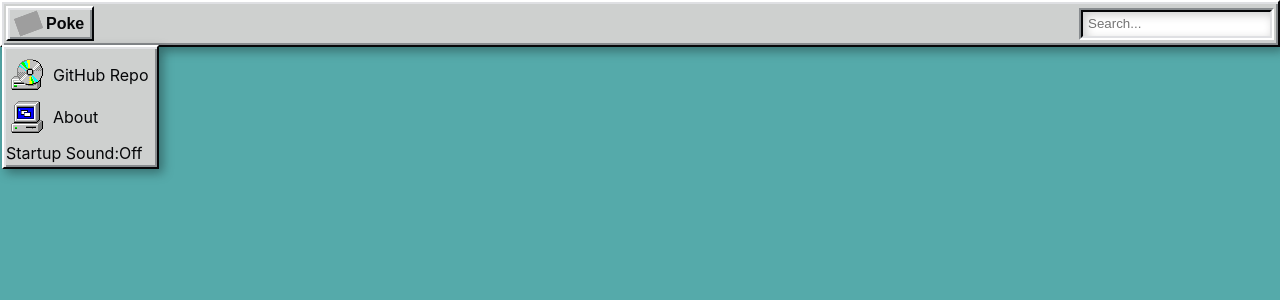
Repository: VolodymyrDubnytskyi/Pokemons
Page: /
An editor plug-in stored every save of this project. The page is shown before and after the next save, followed by the edit.
The browser window is 1280 px wide. The pictures show the whole page.
Pictures or frames that could not be fetched are drawn as grey boxes. The page's requests for data from a server got no answer. The project was rebuilt for these pictures with package versions that can differ from the ones it lists, and the page was loaded fresh each time. No one was signed in, and anything a server would have sent is missing. Also part of the build but not shown: src/Components/PopUpComponents/BasicInfo.js, src/Components/PopUpComponents/Stats.js, src/Components/PopUpComponents/Abilities.js, src/Components/PopUp.js.

Above is the page before, as saved 2020-06-11 14:59:54.

### src/App.js
import React from 'react';
import './App.css';
import Home from './Components/Home';

function App() {
  return (
    <Home />
  );
}

export default App;

### src/App.css
:root {
  --menu-bg-color: rgb(206, 208, 207);
  --main-color: rgb(5, 6, 8);
  --box-shadow-main: rgba(0, 0, 0, 0.35) 4px 4px 10px 0px, rgb(223, 224, 227) 1px 1px 0px 1px inset,
    rgb(136, 140, 143) -1px -1px 0px 1px inset;
  --box-shadow-btn: rgb(223, 224, 227) 1px 1px 0px 1px inset, rgb(136, 140, 143) -1px -1px 0px 1px inset;
}
* {
  box-sizing: border-box;
  margin: 0;
  padding: 0;
}
.main-bg {
  min-height: 100vh;
  width: 100%;
  padding-top: 35px;
  background-color: #55aaaa;
}
.content-box {
  max-width: 1380px;
  margin: auto;
  display: grid;
  grid-template-columns: repeat(6, 140px);
  justify-content: center;
}
.pokemon-container {
  height: 140px;
  display: flex;
  justify-content: center;
  align-items: center;
  flex-direction: column;
}
.pokemon-name {
  color: rgb(255, 255, 255);
  user-select: none;
  padding: 2px;
  text-decoration: underline;
}
/* header navbar */
.header-container {
  border-left-color: rgb(255, 255, 255);
  border-top-color: rgb(255, 255, 255);
  border-right-color: var(--main-color);
  border-bottom-color: var(--main-color);
  box-shadow: rgba(0, 0, 0, 0.35) 4px 4px 10px 0px, rgb(223, 224, 227) 1px 1px 0px 1px inset,
    rgb(136, 140, 143) -1px -1px 0px 1px inset;
  box-sizing: border-box;
  background-color: var(--menu-bg-color);
  color: var(--main-color);
  position: fixed;
  top: 0;
  right: 0;
  left: 0;
  padding: 4px;
  display: flex;
  flex-direction: column;
  width: 100%;
  border-style: solid;
  border-width: 2px;
}
.navbar-container {
  display: flex;
  justify-content: space-between;
  align-items: center;
}
.nav-menu-btn {
  box-sizing: border-box;
  background-color: var(--menu-bg-color);
  color: var(--main-color);
  border-left-color: rgb(255, 255, 255);
  border-top-color: rgb(255, 255, 255);
  border-right-color: var(--main-color);
  border-bottom-color: var(--main-color);
  box-shadow: var(--box-shadow-btn);
  position: relative;
  display: inline-flex;
  -webkit-box-align: center;
  align-items: center;
  -webkit-box-pack: center;
  justify-content: center;
  height: 35px;
  width: auto;
  font-size: 16px;
  border-style: solid;
  border-width: 2px;
  padding: 0px 0.5rem;
  font-weight: 600;
}
.windows-logo {
  transform: rotate(-20deg);
  margin-right: 5px;
  width: 25px;
}
/* input */
.input-container {
  position: relative;
  box-sizing: border-box;
  border-left-color: rgb(136, 140, 143);
  border-top-color: rgb(136, 140, 143);
  border-right-color: rgb(255, 255, 255);
  border-bottom-color: rgb(255, 255, 255);
  padding: 2px;
  border-style: solid;
  border-width: 2px;
  height: 32px;
}
.input-container::before {
  position: absolute;
  left: 0px;
  top: 0px;
  z-index: 1;
  content: "";
  width: calc(100% - 4px);
  height: calc(100% - 4px);
  border-left-color: var(--main-color);
  border-top-color: var(--main-color);
  border-right-color: rgb(223, 224, 227);
  border-bottom-color: rgb(223, 224, 227);
  pointer-events: none;
  box-shadow: rgba(0, 0, 0, 0.2) 3px 3px 10px inset;
  border-style: solid;
  border-width: 2px;
}
.search-input {
  outline: none;
  width: 100%;
  height: 100%;
  padding: 0 5px;
  border: none;
}
/* pop Up */
.pop-up-detail-bg {
  position: fixed;
  top: 50%;
  left: 50%;
  transform: translate(-50%, -50%);
  min-height: 400px;
  width: 600px;
  padding: 2px;
  border: 2px solid;
  border-left-color: rgb(255, 255, 255);
  border-top-color: rgb(255, 255, 255);
  border-right-color: var(--main-color);
  border-bottom-color: var(--main-color);
  box-shadow: var(--box-shadow-main);
  box-sizing: border-box;
  display: inline-block;
  background-color: var(--menu-bg-color);
  color: var(--main-color);
}
.pop-up-detail-header {
  height: 33px;
  display: flex;
  align-items: center;
  justify-content: space-between;
  margin: 0 2px 4px 0;
  font-weight: bold;
  color: rgb(255, 255, 255);
  padding: 0px 0.5rem;
  background: linear-gradient(to right, rgb(0, 0, 128), rgb(16, 52, 166));
}
.close-btn {
  position: relative;
  display: flex;
  align-items: center;
  justify-content: center;
  height: 27px;
  width: 27px;
  font-size: 16px;
  padding: 0px;
  margin-right: -6px;
  margin-top: 1px;
  outline: none;
  background-color: var(--menu-bg-color);
  color: var(--main-color);
  border: 2px solid;
  border-left-color: rgb(255, 255, 255);
  border-top-color: rgb(255, 255, 255);
  border-right-color: rgb(5, 6, 8);
  border-bottom-color: rgb(5, 6, 8);
  box-shadow: var(--box-shadow-btn);
  font-weight: bold;
}
.exit-link-container {
  display: flex;
  align-items: center;
  padding: 4px;
}
.disabled-text-btn,
.active-text-btn {
  padding: 0 0.5rem;
  display: inline-flex;
  -webkit-box-align: center;
  align-items: center;
  -webkit-box-pack: center;
  justify-content: center;
  height: 27px;
  font-size: 16px;
  background-color: transparent;
  border: 2px solid transparent;
  font-weight: 500;
}
.disabled-text-btn {
  color: rgb(136, 140, 143);
  text-shadow: rgb(255, 255, 255) 1px 1px;
}
.active-text-btn {
}
.pokemon-detail {
  width: 80%;
  height: 270px;
  margin: 20px auto auto auto;
}
.pokemon-detail-menu {
  display: flex;
  align-items: center;
}
.pokemon-detail-content {
  background-color: var(--menu-bg-color);
  color: var(--main-color);
  border-left-color: rgb(255, 255, 255);
  border-top-color: rgb(255, 255, 255);
  border-right-color: var(--main-color);
  border-bottom-color: var(--main-color);
  box-shadow: rgb(223, 224, 227) 1px 1px 0px 1px inset, rgb(136, 140, 143) -1px -1px 0px 1px inset;
  position: relative;
  display: flex;
  align-items: center;
  height: 90%;
  border-style: solid;
  border-width: 2px;
  padding: calc(1.5rem) 1rem 1rem;
}
.pokemon-detail-menu {
  height: 10%;
}
.pokemon-detail-menu-item {
  box-sizing: border-box;
  display: inline-block;
  background-color: rgb(206, 208, 207);
  border-left-color: rgb(255, 255, 255);
  border-top-color: rgb(255, 255, 255);
  border-right-color: rgb(5, 6, 8);
  box-shadow: rgb(223, 224, 227) 1px 1px 0px 1px inset, rgb(136, 140, 143) -1px -1px 0px 1px inset;
  position: relative;
  height: 35px;
  line-height: 35px;
  border-top-left-radius: 5px;
  border-top-right-radius: 5px;
  margin-bottom: -2px;
  cursor: default;
  color: rgb(5, 6, 8);
  border-style: solid solid none;
  border-width: 2px 2px 2px;
  padding: 0px 0.5rem;
  border-bottom: none;
}
.pokemon-detail-menu-active-item {
  background-color: rgb(206, 208, 207);
  border-left-color: rgb(255, 255, 255);
  border-top-color: rgb(255, 255, 255);
  border-right-color: rgb(5, 6, 8);
  box-shadow: rgb(223, 224, 227) 1px 0px 0px 0px inset, rgb(136, 140, 143) -1px 0px 0px 0px inset;
  position: relative;
  line-height: 35px;
  border-top-left-radius: 5px;
  border-top-right-radius: 5px;
  cursor: default;
  color: rgb(5, 6, 8);
  z-index: 1;
  height: calc(39px);
  border-style: solid solid none;
  border-width: 2px 2px 2px;
  border-bottom: none;
  padding: 0px calc(0.5rem + 8px);
  margin-bottom: 4px;
}
.pokemon-detail-img-container {
  width: 40%;
  height: 100%;
  display: flex;
  justify-content: center;
  align-items: center;
}
.pokemon-detail-description-box {
  width: 60%;
  height: 100%;
  display: flex;
  flex-direction: column;
}
.pokemon-detail-img {
  width: 85%;
  height: 85%;
}
.pokemon-detail-type-of-pokemon {
  background: rgb(75, 144, 214);
  color: rgb(255, 255, 255);
  padding: 4px;
  max-width: 81px;
  display: flex;
  justify-content: center;
  align-items: center;
}
.stats-container {
  background-color: rgb(206, 208, 207);
  color: rgb(5, 6, 8);
  border-left-color: rgb(255, 255, 255);
  border-top-color: rgb(255, 255, 255);
  border-right-color: rgb(5, 6, 8);
  border-bottom-color: rgb(5, 6, 8);
  box-shadow: rgb(223, 224, 227) 1px 1px 0px 1px inset, rgb(136, 140, 143) -1px -1px 0px 1px inset;
  border-style: solid;
  border-width: 2px;
  padding: calc(1.5rem) 1rem 1rem;
}
.stats-content-container {
  position: relative;
  border: 2px solid;
  border-left-color: rgb(136, 140, 143);
  border-top-color: rgb(136, 140, 143);
  border-right-color: rgb(255, 255, 255);
  border-bottom-color: rgb(255, 255, 255);
  background-color: #fff;
  height: 100%;
}
.stats-content-container::before {
  position: absolute;
  left: 0px;
  top: 0px;
  z-index: 1;
  content: "";
  width: calc(100% - 4px);
  height: calc(100% - 4px);
  border-left-color: rgb(5, 6, 8);
  border-top-color: rgb(5, 6, 8);
  border-right-color: rgb(223, 224, 227);
  border-bottom-color: rgb(223, 224, 227);
  pointer-events: none;
  box-shadow: rgba(0, 0, 0, 0.2) 3px 3px 10px inset;
  border-style: solid;
  border-width: 2px;
  display: flex;
  flex-direction: column;
  justify-content: center;
  align-items: center;
}
.stats-table-heading,
.stats {
  display: flex;
  justify-content: space-between;
  align-items: center;
}
.stats {
  padding: 0 10px;
  margin: 6px 0;
}
.stats-table-heading div,
.stats-table-heading span {
  border-right-color: rgb(5, 6, 8);
  border-bottom-color: rgb(5, 6, 8);
  box-shadow: rgb(223, 224, 227) 1px 1px 0px 1px inset, rgb(136, 140, 143) -1px -1px 0px 1px inset;
  display: inline-block;
  vertical-align: inherit;
  cursor: default;
  border-style: none solid solid none;
  border-width: 2px 2px;
  padding: 0px 0.5rem;
  background: rgb(206, 208, 207);
  border-left: none;
  border-top: none;
}
.stats-table-colum-lg {
  width: 80%;
}
.stats-table-column-sm {
  width: 20%;
}
.active-btn {
  box-sizing: border-box;
  background-color: rgb(206, 208, 207);
  color: rgb(5, 6, 8);
  border-left-color: rgb(5, 6, 8);
  border-top-color: rgb(5, 6, 8);
  border-right-color: rgb(255, 255, 255);
  border-bottom-color: rgb(255, 255, 255);
  box-shadow: rgb(136, 140, 143) 1px 1px 0px 1px inset, rgb(223, 224, 227) -1px -1px 0px 1px inset;
  background-image: url(data:[embedded picture, 142 characters]);
  position: relative;
  display: inline-flex;
  -webkit-box-align: center;
  align-items: center;
  -webkit-box-pack: center;
  justify-content: center;
  height: 35px;
  width: auto;
  font-size: 16px;
  border-style: solid;
  border-width: 2px;
  padding: 2px 0.5rem 0px;
}
button {
  -webkit-tap-highlight-color: rgba(0, 0, 0, 0);
  outline: none;
}
/* nav menu */
.nav-menu-container {
  width: auto;
  border-left-color: rgb(255, 255, 255);
  border-top-color: rgb(255, 255, 255);
  border-right-color: rgb(5, 6, 8);
  border-bottom-color: rgb(5, 6, 8);
  box-shadow: rgba(0, 0, 0, 0.35) 4px 4px 10px 0px, rgb(223, 224, 227) 1px 1px 0px 1px inset,
    rgb(136, 140, 143) -1px -1px 0px 1px inset;
  box-sizing: border-box;
  display: inline-block;
  background-color: rgb(206, 208, 207);
  color: rgb(5, 6, 8);
  position: absolute;
  bottom: 0px;
  left: 0px;
  transform: translate(0px, 100%);
  padding: 2px 4px 4px 2px;
  border-style: solid;
  border-width: 2px;
  list-style: none;
}
.menu-item {
  display: flex;
  align-items: center;
  margin:10px 5px;
}
.menu-icons {
  margin-right: 10px;
}

### src/Components/Home.js
import React from 'react';
import { Component } from 'react';
import Header from './Header';
import PopUpPokemonDetail from './PopUp';

class Home extends Component {
    state = {
        collectionsOfUrl: '',
        pokemonsDetail: [],
        clickedPokemonDetail: '',
        activePopUp: false
    }
    componentDidMount() {
        fetch('https://pokeapi.co/api/v2/pokemon/?offset=0&limit=150')
            .then(res => res.json())
            .then((data => {
                this.setState({
                    collectionsOfUrl: data.results
                }, () => {
                    this.getPokemonsData();
                })
            }))
    }
    getPokemonsData = e => {
        this.state.collectionsOfUrl.map((item) => {
            fetch(item.url)
                .then(res => res.json())
                .then((result) => {
                    this.setState({
                        pokemonsDetail: [...this.state.pokemonsDetail, result].sort((a, b) => a.id - b.id),
                        pokemonDetailDefault: this.state.pokemonsDetail
                    })
                })
        })
    }
    getPokemonSpecies = pokemon => {
        fetch(pokemon.species.url)
            .then((res => res.json()))
            .then((data => this.setState({ pokemonSpecies: data })))
    }

    checkPokemonDetail = pokemon => {
        this.setState({
            clickedPokemonDetail: pokemon,
            activePopUp: true
        })
        this.getPokemonSpecies(pokemon)
    }
    closePopUp = e => this.setState({ activePopUp: false })
    filterPokemons = serchWord => {
        this.setState({
            pokemonsDetail: this.state.pokemonDetailDefault.filter((item) => item.name.includes(serchWord))
        })
    }
    render() {
        console.log(this.state.clickedPokemonDetail);
        return (
            <section className={'main-bg'}>
                <Header
                    filterPokemons={this.filterPokemons} />
                {this.state.activePopUp &&
                    <PopUpPokemonDetail
                        pokemon={this.state.clickedPokemonDetail}
                        activePopUp={this.state.activePopUp}
                        pokemonSpecies={this.state.pokemonSpecies}
                        closePopUp={this.closePopUp} />}
                <div className={'content-box'}>
                    {this.state.pokemonsDetail.map((item, i) => {
                        return (
                            <div
                                className={'pokemon-container'}
                                // onClick={}
                                onDoubleClick={() => this.checkPokemonDetail(item)}
                                key={i}
                            >
                                <img src={item.sprites.front_default} alt="pokemon-image" />
                                <h3 className={'pokemon-name'}>{item.name.charAt(0).toUpperCase() + item.name.slice(1)}</h3>
                            </div>
                        );
                    })}
                </div>
            </section>
        );
    }
}
export default Home;

### src/Components/Header.js
import React, { Component } from 'react';
import Menu from './HeaderComponents/Menu';

class Header extends Component {
    state = {
        searchPoki: '',
        activeMenu: false
    }
    setInputValue = e => {
        this.setState({
            searchPoki: e.target.value
        }, () => {
            this.props.filterPokemons(this.state.searchPoki)
        })
    }
    showMenu = e => {
        this.setState({
            activeMenu: !this.state.showMenu
        })
    }
    render() {
        return (
            <header className={'header-container'}>
                <nav className={'navbar-container'}>
                    <button className={`nav-menu-btn ${this.state.activeMenu && 'active-btn'}`} onClick={this.showMenu}>
                        <img
                            src="https://upload.wikimedia.org/wikipedia/commons/thumb/1/1e/Windows_Logo_1995.svg/32px-Windows_Logo_1995.svg.png" alt="windows"
                            className={'windows-logo'} />
                        Poke
                    </button>
                    <Menu/>
                    <div className={'input-container'}>
                        <input
                            className={'search-input'}
                            type='text'
                            placeholder='Search...'
                            value={this.state.searchPoki}
                            onChange={this.setInputValue} />
                    </div>
                </nav>
            </header>
        );
    }
}

export default Header;

### src/Components/HeaderComponents/Menu.js
import React from 'react';
import { imgDvd, imgPc } from '../../assets/imgDvd';
let dvdImg = ''

const Menu = props => {
    return (
        <div className={'nav-menu-container'}>
            <ul>
                <li className={'menu-item'}>
                    <img src={imgDvd} alt="window-95-dvd"  className={'menu-icons'}/>
                 GitHub Repo
                 </li>
                <li className={'menu-item'}>
                    <img src={imgPc} alt="window-95-computre" className={'menu-icons'} />
                 About
                 </li>
                <li>Startup Sound:Off</li>
            </ul>
        </div>
    )
}
export default Menu;

Loaded but not shown: public/index.html (common file); src/index.js (common file); src/index.css (common file); src/serviceWorker.js (common file); src/assets/imgDvd.js (library)

After the next save:
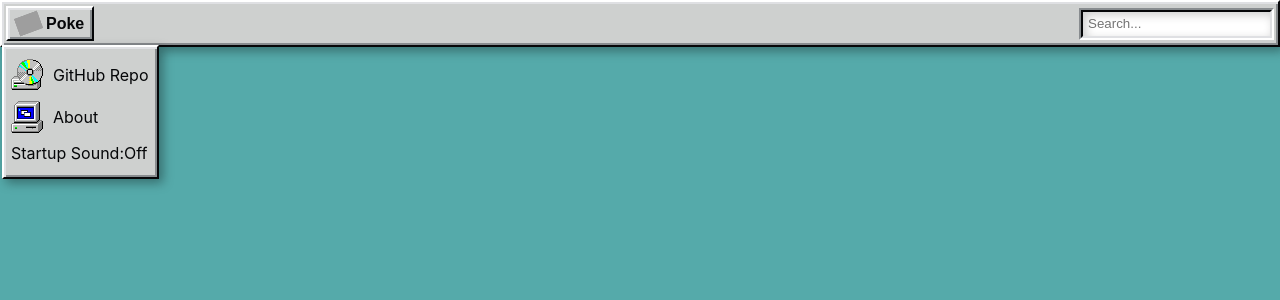
Saved 35 s later.
--- a/src/Components/HeaderComponents/Menu.js
+++ b/src/Components/HeaderComponents/Menu.js
@@ -14,7 +14,7 @@ const Menu = props => {
                     <img src={imgPc} alt="window-95-computre" className={'menu-icons'} />
                  About
                  </li>
-                <li>Startup Sound:Off</li>
+                <li className={'menu-item'}>Startup Sound:Off</li>
             </ul>
         </div>
     )
